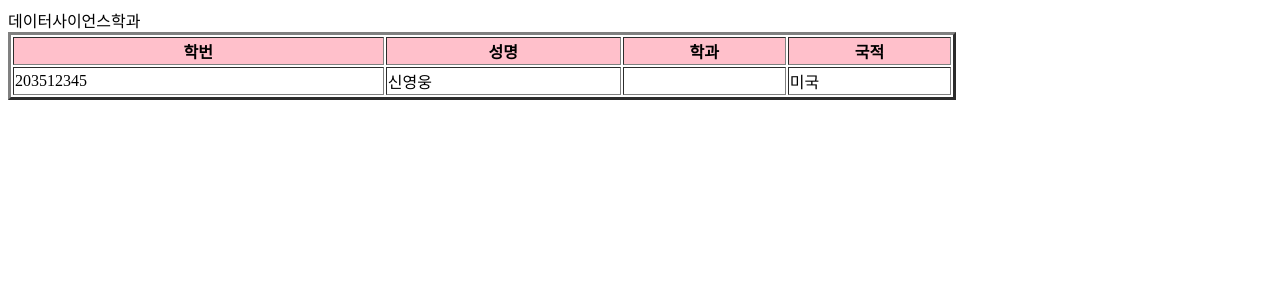
Repository: parkgyutaee/My_JAVA_Project
Page: http://localhost/JSPStudy/test2.jsp
These files come from the project's save history. The page is drawn as it stood at one moment and after the next save; the edit follows.
The browser window is 1280 px wide. The pictures show the whole page.
The page is served by Tomcat 9.

Above is the page before, as saved 2025-07-09 07:21:38.

After the next save:
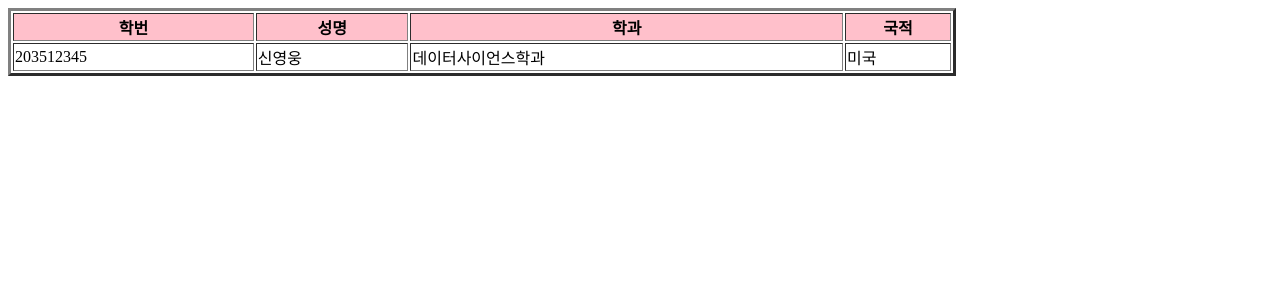
Saved 23 s later.
--- a/Workspace/JSPStudy/src/main/webapp/test2.jsp
+++ b/Workspace/JSPStudy/src/main/webapp/test2.jsp
@@ -13,7 +13,7 @@
     <th>학번</th><th>성명</th><th>학과</th><th>국적</th>
   </tr>
  <tr>
-    <td>203512345</td> <td>신영웅</td>데이터사이언스학과<td></td><td>미국</td>
+    <td>203512345</td> <td>신영웅</td><td>데이터사이언스학과</td><td>미국</td>
   </tr>
 </table>
 
